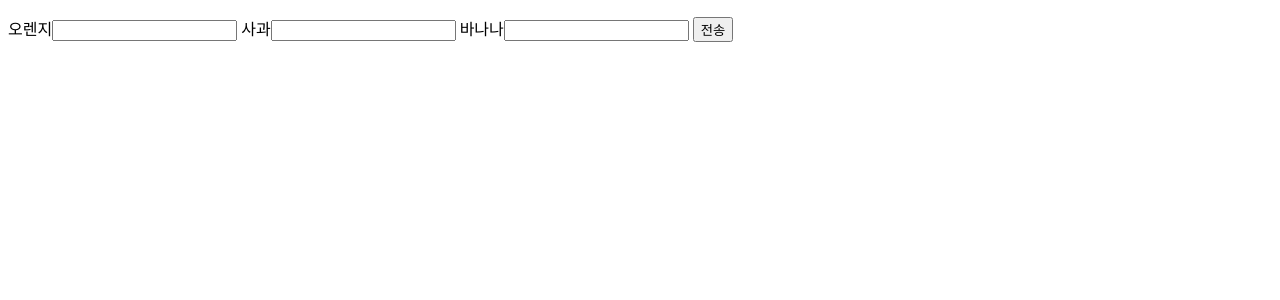
Repository: lhj257/jspwrokspace
Page: http://localhost/Exercise/ch06/form03.jsp
An editor plug-in stored every save of this project. The page is shown before and after the next save, followed by the edit.
The browser window is 1280 px wide. The pictures show the whole page.
The page is served by Tomcat 9. Other server files are loaded and not shown.

Above is the page before, as saved 2023-08-28 02:51:07.

### Exercise/src/main/webapp/ch06/form03.jsp
<%@ page language="java" contentType="text/html; charset=UTF-8"
    pageEncoding="UTF-8"%>
<!DOCTYPE html>
<html>
<head>
<meta charset="UTF-8">
<title>Insert title here</title>
</head>
<body>
<form action="form03_process.jsp" >
		<p>오렌지<input type="chckbox" name="Orange">
		사과<input type="chckbox" name="Apple">
		바나나<input type="chckbox" name="Banana">
		<input type="submit" value="전송">
	</form>
</body>
</html>

After the next save:
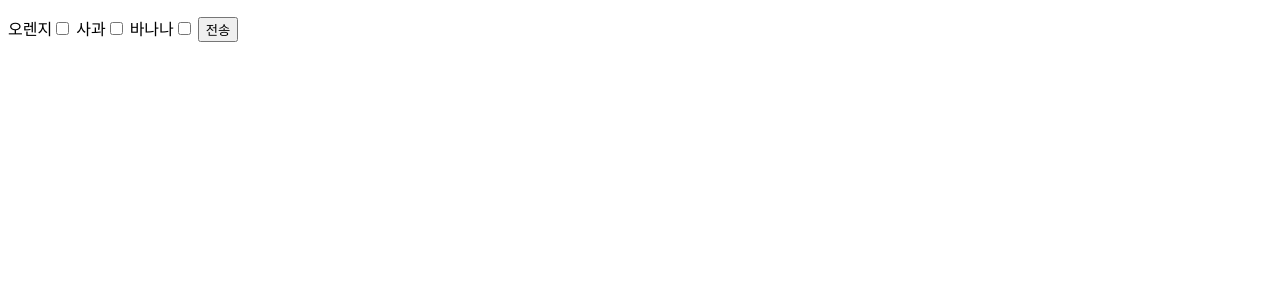
Saved 9 s later.
--- a/Exercise/src/main/webapp/ch06/form03.jsp
+++ b/Exercise/src/main/webapp/ch06/form03.jsp
@@ -8,9 +8,9 @@
 </head>
 <body>
 <form action="form03_process.jsp" >
-		<p>오렌지<input type="chckbox" name="Orange">
-		사과<input type="chckbox" name="Apple">
-		바나나<input type="chckbox" name="Banana">
+		<p>오렌지<input type="checkbox" name="Orange">
+		사과<input type="checkbox" name="Apple">
+		바나나<input type="checkbox" name="Banana">
 		<input type="submit" value="전송">
 	</form>
 </body>
